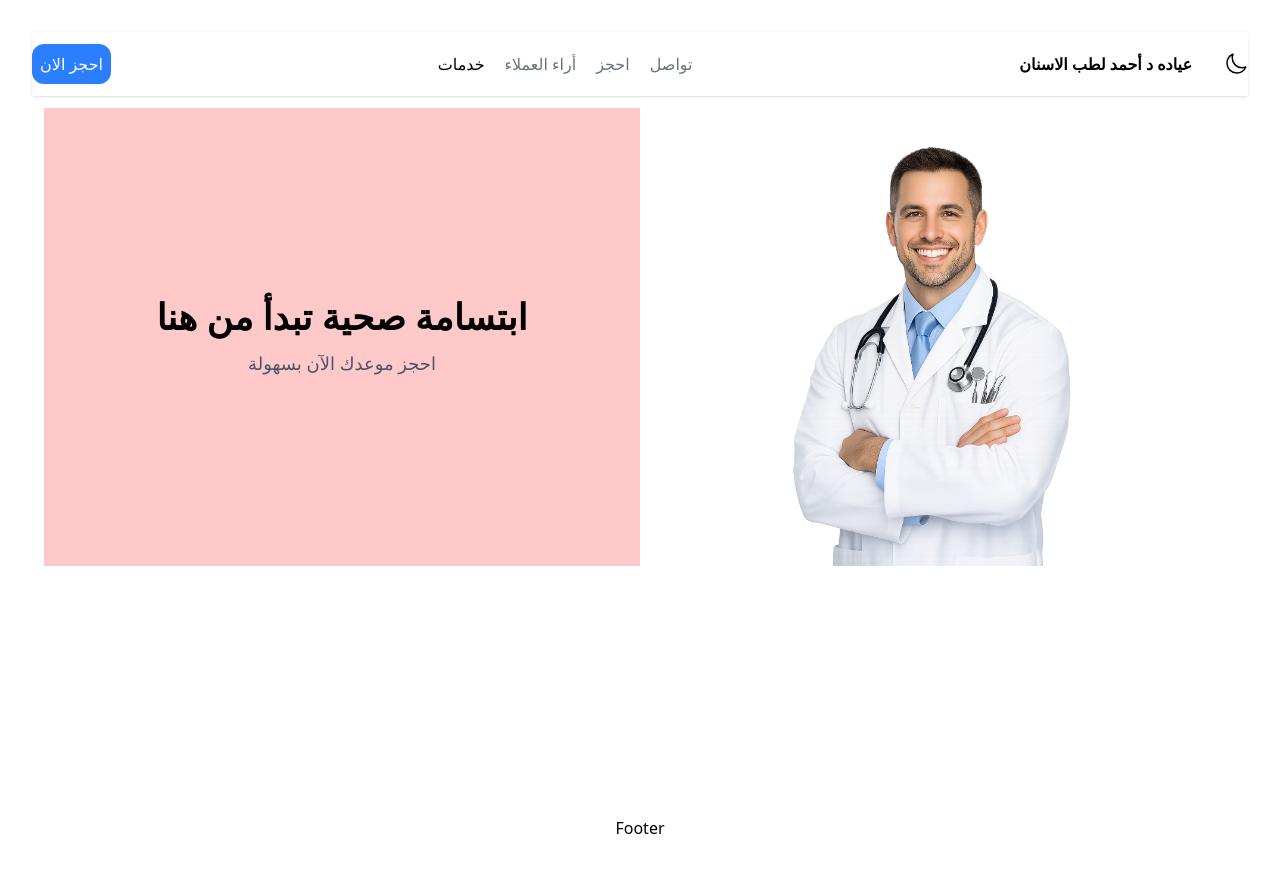
Repository: mohamedehab23-pro/clinic
Page: /
The author's editor kept a copy of each file at every save. The page is drawn from the files as they stood at one save, then again after a run of saves.
The browser window is 1280 px wide. The pictures show the whole page.
The project was rebuilt for these pictures with package versions that can differ from the ones it lists, and the page was loaded fresh each time. Also part of the build but not shown: vite.config.js, src/Pages/AboutPage.jsx, src/Pages/ContactPage.jsx, src/Pages/NotFound.jsx, src/Components/Child.jsx, src/Components/Parent.jsx.

Above is the page before, as saved 2026-02-22 14:14:23.

After the next 2 saves:
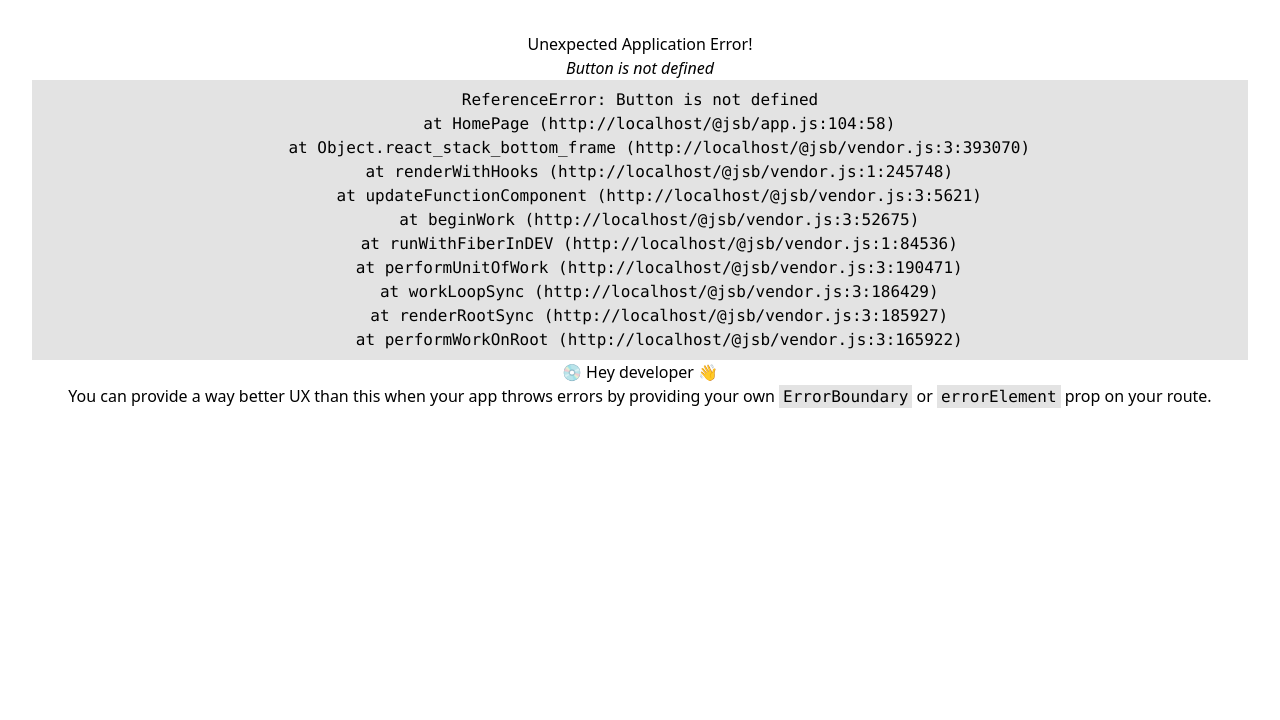
The 2 saves are shown as one change because they came seconds apart.
The last was saved 20 s later.
--- a/src/Pages/HeroPage.jsx
+++ b/src/Pages/HeroPage.jsx
@@ -7,6 +7,10 @@ export default function HomePage() {
 <div className='bg-red-200 w-full flex flex-col justify-center text-center '>
 <h2 className='text-4xl font-bold '>ابتسامة صحية تبدأ من هنا</h2>
 <p className='text-gray-600 pt-3 text-lg'>احجز موعدك الآن بسهولة</p>
+  <Button bg={'bg-blue-500'} hover={'hover:bg-blue-600'}/>
+  <Button bg={'bg-blue-500'} hover={'hover:bg-blue-600'}/>
+
+
 </div>
 <div className=' w-full flex justify-center items-center'>
  <img src={sora} alt="doctor" className='w-[50%] ' />
